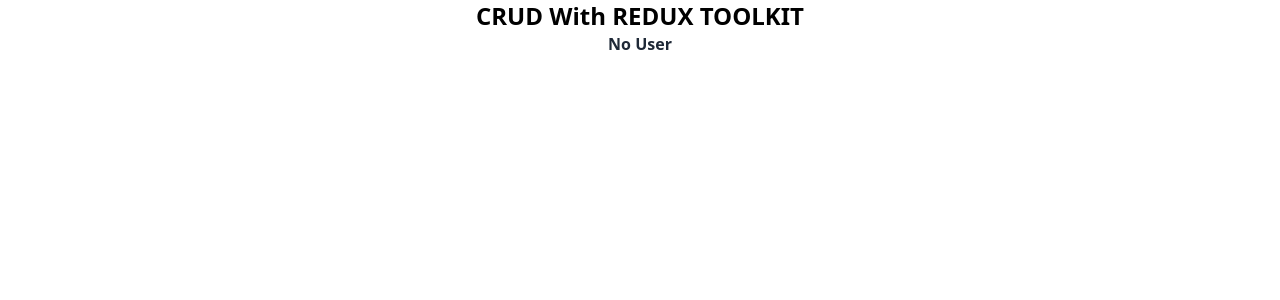
Repository: OmniaRafat232111121/Crud-reduxtoolkit
Page: /
An editor plug-in stored every save of this project. The page is shown before and after the next save, followed by the edit.
The browser window is 1280 px wide. The pictures show the whole page.
The project was rebuilt for these pictures with package versions that can differ from the ones it lists, and the page was loaded fresh each time.

Above is the page before, as saved 2023-02-10 13:59:40.

### src/App.js
import React from 'react'
import UserList from './features/users/UserList'

const App = () => {
  return (
    <div className='container mx-auto'>
    <h1 className='text-center font-bold text-2xl '>CRUD With REDUX TOOLKIT</h1>
          <UserList />
    </div>
  )
}

export default App

### src/features/users/UserList.jsx
import React from 'react'

const UserList = () => {
    const users = [];
    const renderUser = () => {
        <div>
            <h1>Users Here</h1>
        </div>
    }
  return (
      <div className='grid gap-5 md:grid-col-2'>
          {users.length > 1 ? renderUser() :
              <p className='text-center text-gray-800 font-semibold'>
                  No User

              </p>
          }

    </div>
  )
}

export default UserList

Loaded but not shown: public/index.html (common file); src/index.js (common file); src/index.css (common file); tailwind.config.js (common file)

After the next save:
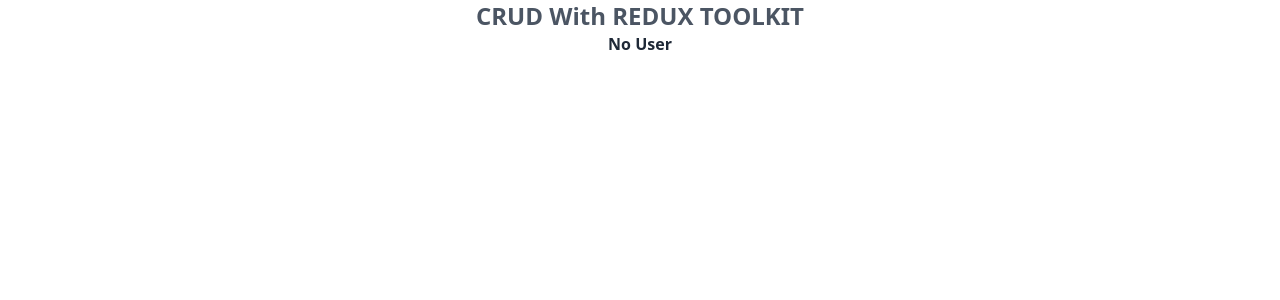
Saved 10 s later.
--- a/src/App.js
+++ b/src/App.js
@@ -4,7 +4,7 @@
 const App = () => {
   return (
     <div className='container mx-auto'>
-    <h1 className='text-center font-bold text-2xl '>CRUD With REDUX TOOLKIT</h1>
+    <h1 className='text-center font-bold text-2xl text-gray-600'>CRUD With REDUX TOOLKIT</h1>
           <UserList />
     </div>
   )
